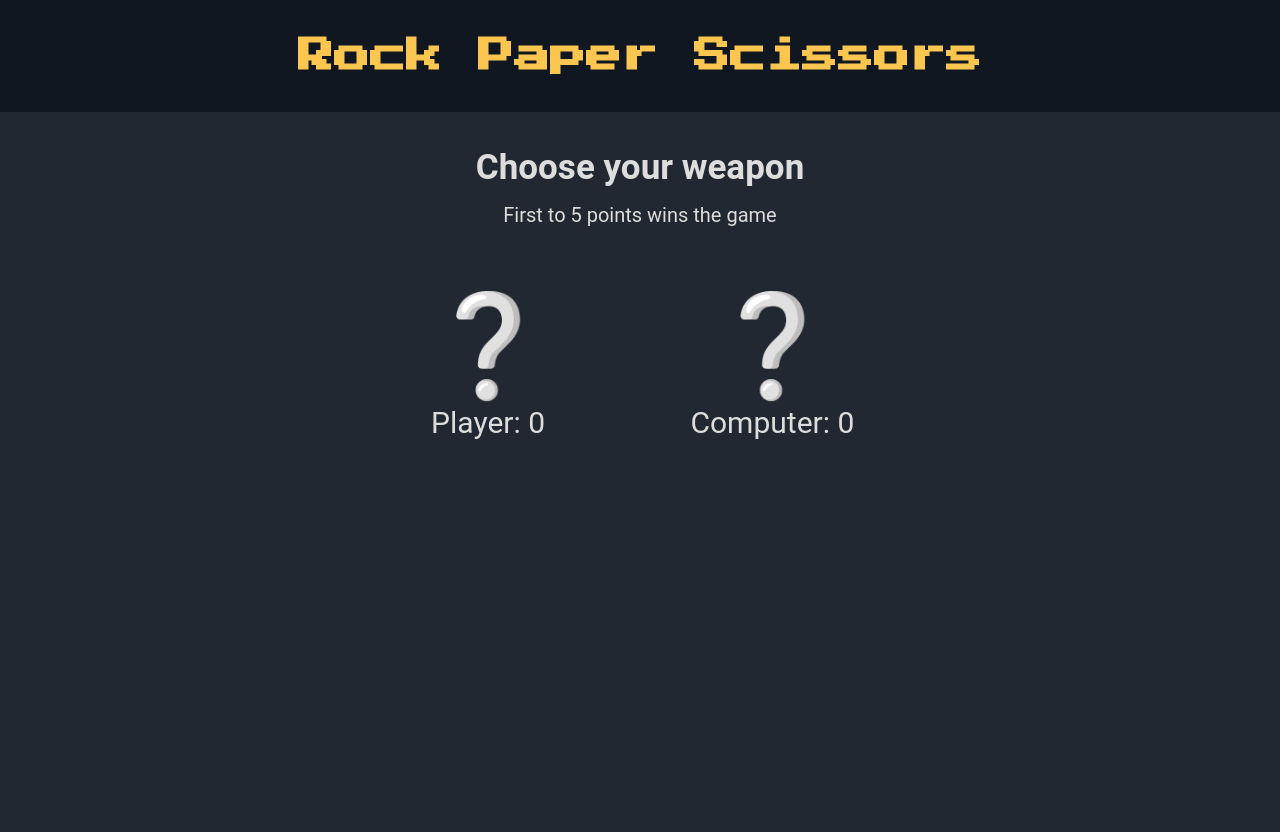
Repository: Aaryan-Poria/Rock-Paper-Scissors
Page: index.html
These files come from the project's save history. The page is drawn as it stood at one moment and after the next save; the edit follows.
The browser window is 1280 px wide. The pictures show the whole page.

Above is the page before, as saved 2023-08-22 23:07:36.

### index.html
<!DOCTYPE html>
<html lang="en">
  <head>
    <meta charset="UTF-8" />
    <meta name="viewport" content="width=device-width, initial-scale=1.0" />
    <title>Rock Paper Scissors</title>
    <link rel="preconnect" href="https://fonts.googleapis.com" />
    <link rel="preconnect" href="https://fonts.gstatic.com" crossorigin />
    <link
      href="https://fonts.googleapis.com/css2?family=Press+Start+2P&display=swap"
      rel="stylesheet"
    />
    <link rel="stylesheet" href="style.css" />
  </head>

  <body>
    <section class="head">
      <h2>Rock Paper Scissors</h2>
    </section>
    <section class="main">
      <div class="main-text">
        <h3>Choose your weapon</h3>
        <p>First to 5 points wins the game</p>
      </div>
      <div class="text-content">
        <div class="info player">
          <p class="qmark 1">❔</p>
          <p class="score 1">Player: 0</p>
        </div>
        <div class="info comp">
          <p class="qmark 2">❔</p>
          <p class="score 2">Computer: 0</p>
        </div>
      </div>
    </section>
  </body>
</html>

### style.css
body {
  margin: 0;
  padding: 0;
  display: flex;
  flex-direction: column;
  min-height: 100%;
  min-width: 100%;
}
.head {
  display: flex;
  justify-content: center;
  align-items: center;
  color: #fac650;
  background-color: #111720;
  font-family: "Press Start 2P", cursive;
  height: 7rem;
  font-size: 1.5rem;
}
.main {
  display: flex;
  flex-grow: 1;
  height: 100vh;
  flex-direction: column;
  background-color: #222831;
  color: #dddddd;
  font-family: "Roboto", sans-serif;
  align-items: center;
  /* border: 1px solid red; */
}

.main-text {
  /* border: 1px solid green; */
  display: flex;
  flex-direction: column;
  justify-content: center;
  align-items: center;
}
.main-text > h3 {
  font-size: 35px;
}
.main-text > p {
  font-size: 20px;
  margin-top: -20px;
}
.text-content {
  display: flex;
  width: 100%;
  /* border: 1px solid yellow; */
  display: flex;
  font-size: 30px;
  justify-content: center;
  align-items: center;
  gap: 140px;
  margin-top: 40px;
}
.info {
  display: flex;
  flex-direction: column;
  justify-content: center;
  align-items: center;
}
.qmark {
  margin: 0;
  padding: 0;
  font-size: 100px;
}
.score {
  margin: 0;
}

After the next save:
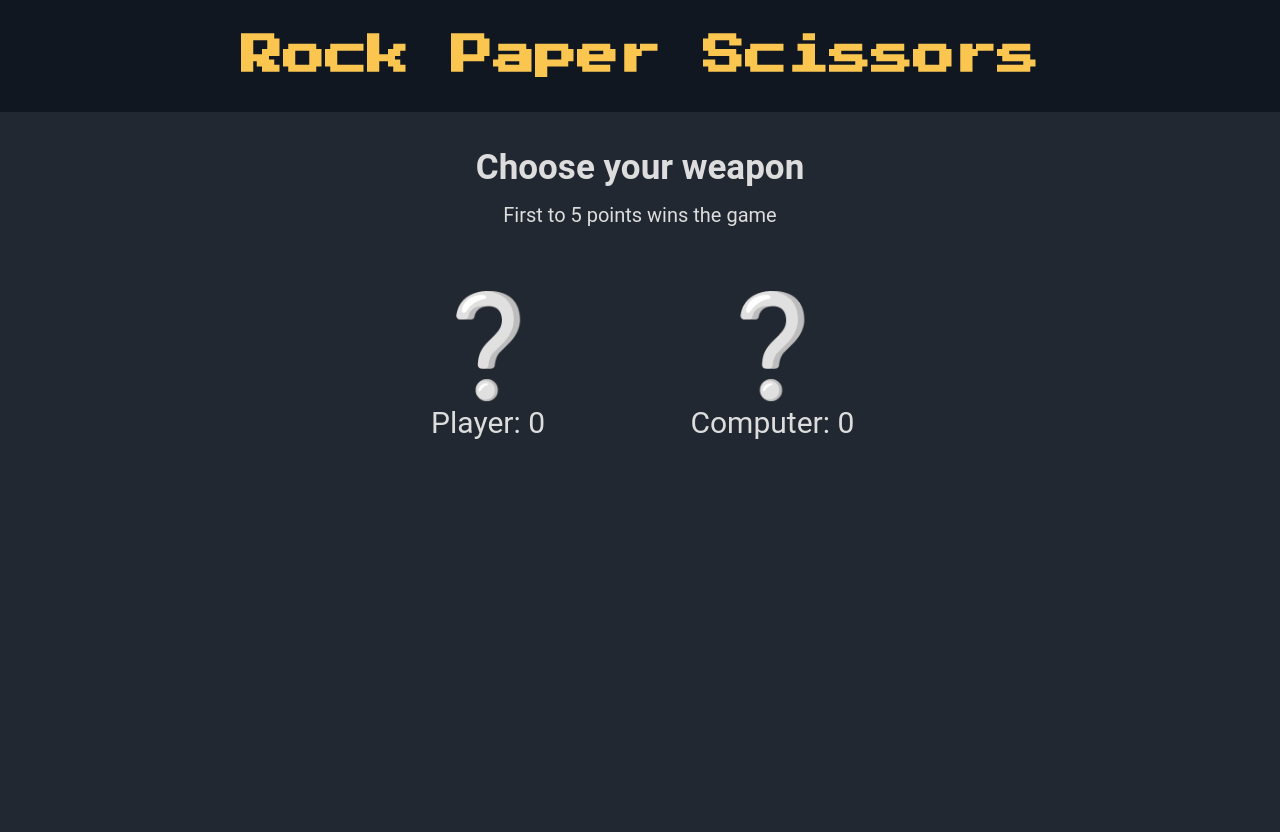
Saved 14 s later.
--- a/style.css
+++ b/style.css
@@ -14,7 +14,7 @@ body {
   background-color: #111720;
   font-family: "Press Start 2P", cursive;
   height: 7rem;
-  font-size: 1.5rem;
+  font-size: 1.75rem;
 }
 .main {
   display: flex;
